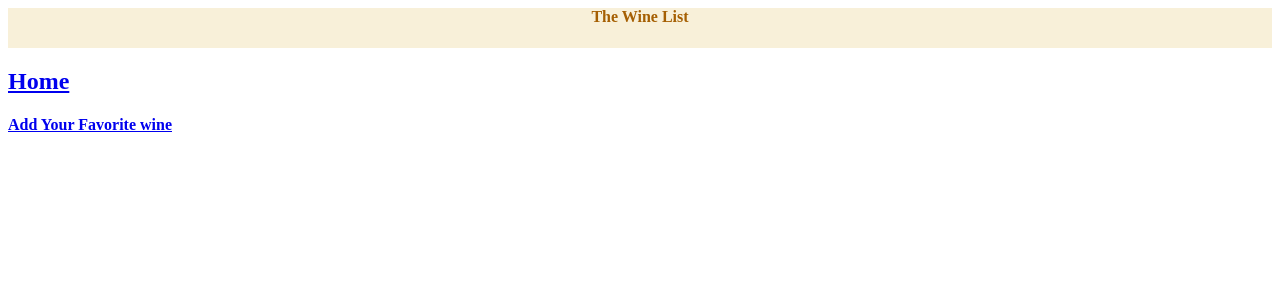
Repository: vinod-git12/Spot-The-Wine
Page: / (app in client/)
The author's editor kept a copy of each file at every save. The page is drawn from the files as they stood at one save, then again after a run of saves.
The browser window is 1280 px wide. The pictures show the whole page.
The page's requests for data from a server got no answer. The project was rebuilt for these pictures with package versions that can differ from the ones it lists, and the page was loaded fresh each time. No one was signed in, and anything a server would have sent is missing. Also part of the build but not shown: client/src/components/Show.jsx.

Above is the page before, as saved 2021-01-21 13:02:41.

After the next 4 saves:
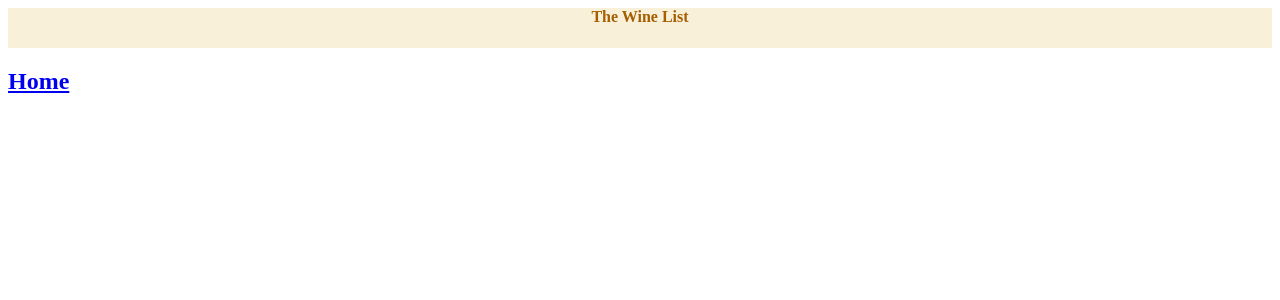
The 4 saves are shown as one change because 1 did not build or start and some came seconds apart.
The last was saved 15 s later.
--- a/client/src/App.js
+++ b/client/src/App.js
@@ -4,7 +4,6 @@
 import { baseURL, config } from "./services";
 import { Link, Route } from "react-router-dom";
 import Show from "./components/./Show";
-import Home from "./components/./Home"
 
 function App() {
   const [images, setImages] = useState([]);
@@ -27,13 +26,17 @@
         </Link>
         </nav>
         <Route exact path="/">
-          <Home images={images} />
+
         </Route>
-
         <Route path="/images/:name">
         <Show images={images} />
         </Route>
-        </div>
+        {images.map((image) => (
+        <div className="red">
+            <img className="wineImg" src={image.fields.image} alt={image.image} />
+            </div>
+      ))}
+      </div>
       </div>
   );
 }

After the 4 saves that followed:
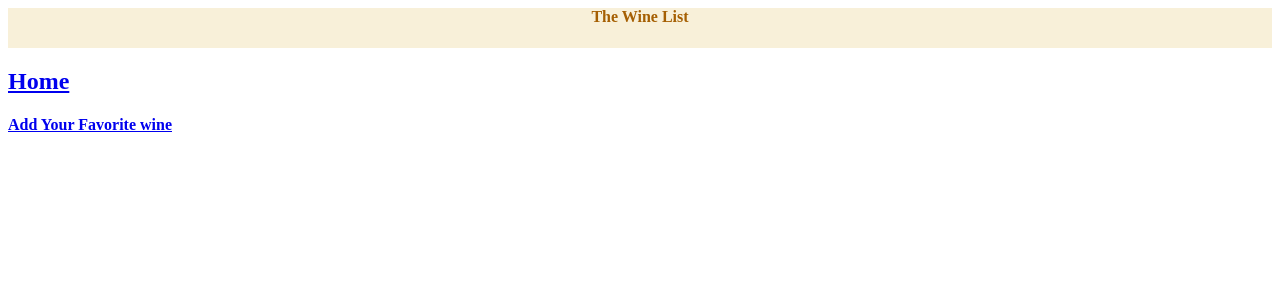
The 4 saves are shown as one change because 1 did not build or start and some came seconds apart.
The last was saved 22 s later.
--- a/client/src/App.js
+++ b/client/src/App.js
@@ -4,6 +4,7 @@
 import { baseURL, config } from "./services";
 import { Link, Route } from "react-router-dom";
 import Show from "./components/./Show";
+import Home from "./components/./Home";
 
 function App() {
   const [images, setImages] = useState([]);
@@ -26,17 +27,13 @@
         </Link>
         </nav>
         <Route exact path="/">
+          <Home images={images} />
+        </Route>
 
-        </Route>
-        <Route path="/images/:name">
+<Route path="/images/:name">
         <Show images={images} />
         </Route>
-        {images.map((image) => (
-        <div className="red">
-            <img className="wineImg" src={image.fields.image} alt={image.image} />
-            </div>
-      ))}
-      </div>
+        </div>
       </div>
   );
 }
